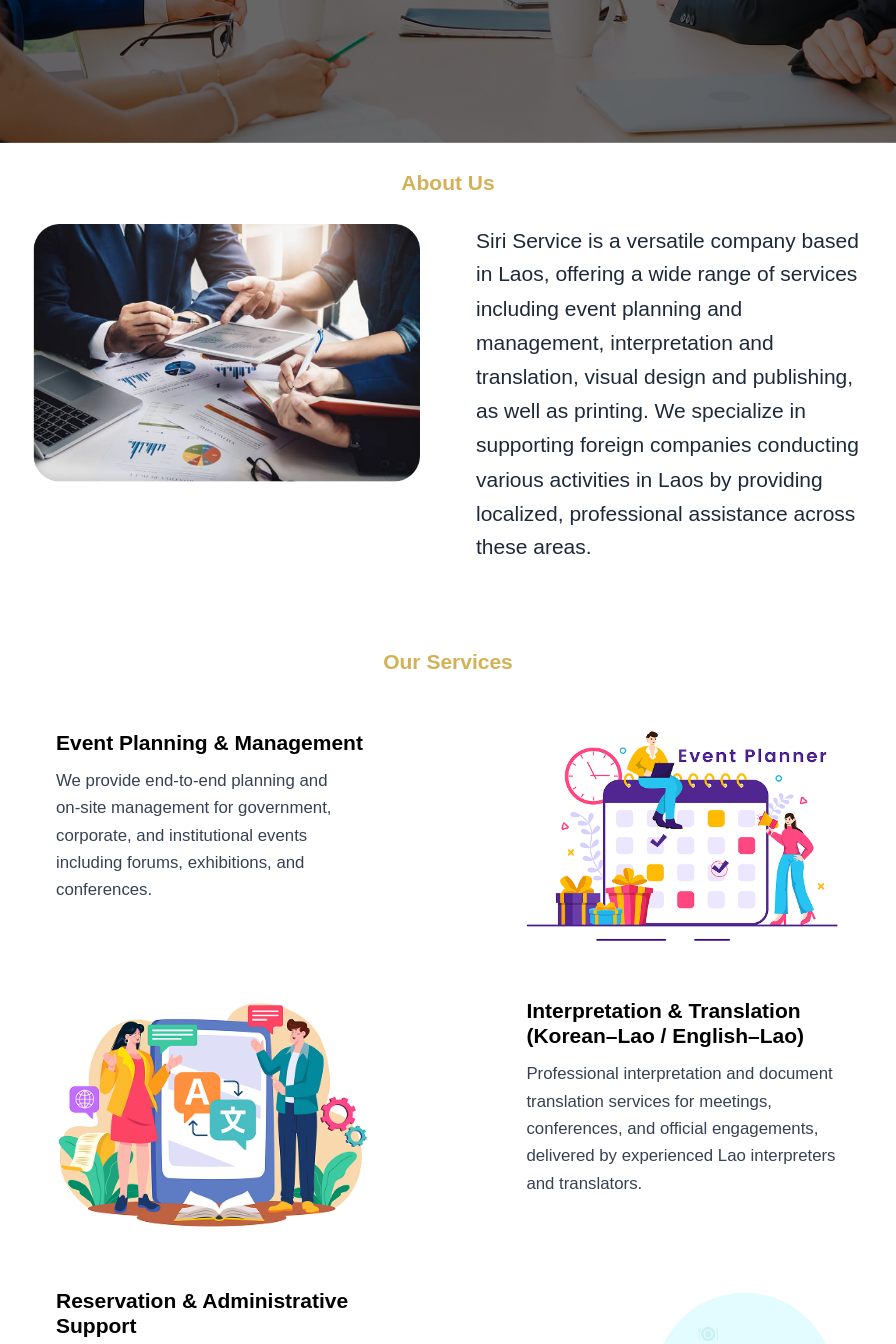
Repository: Phailin-teamplate/siri-service-web
Page: /
The author's editor kept a copy of each file at every save. The page is drawn from the files as they stood at one save, then again after the next save.
The browser window is 1280 px wide. The pictures show the part of the page from y = 570 to 2490 px (the page is 4283 px tall before and 4363 px after), at 70% of full size.
The project was rebuilt for these pictures with package versions that can differ from the ones it lists, and the page was loaded fresh each time. The framework's server and built-in components were replaced by stand-ins that run in the browser. Also part of the build but not shown: next.config.ts.

Above is the page before, as saved 2025-07-02 15:50:24.

After the next save:
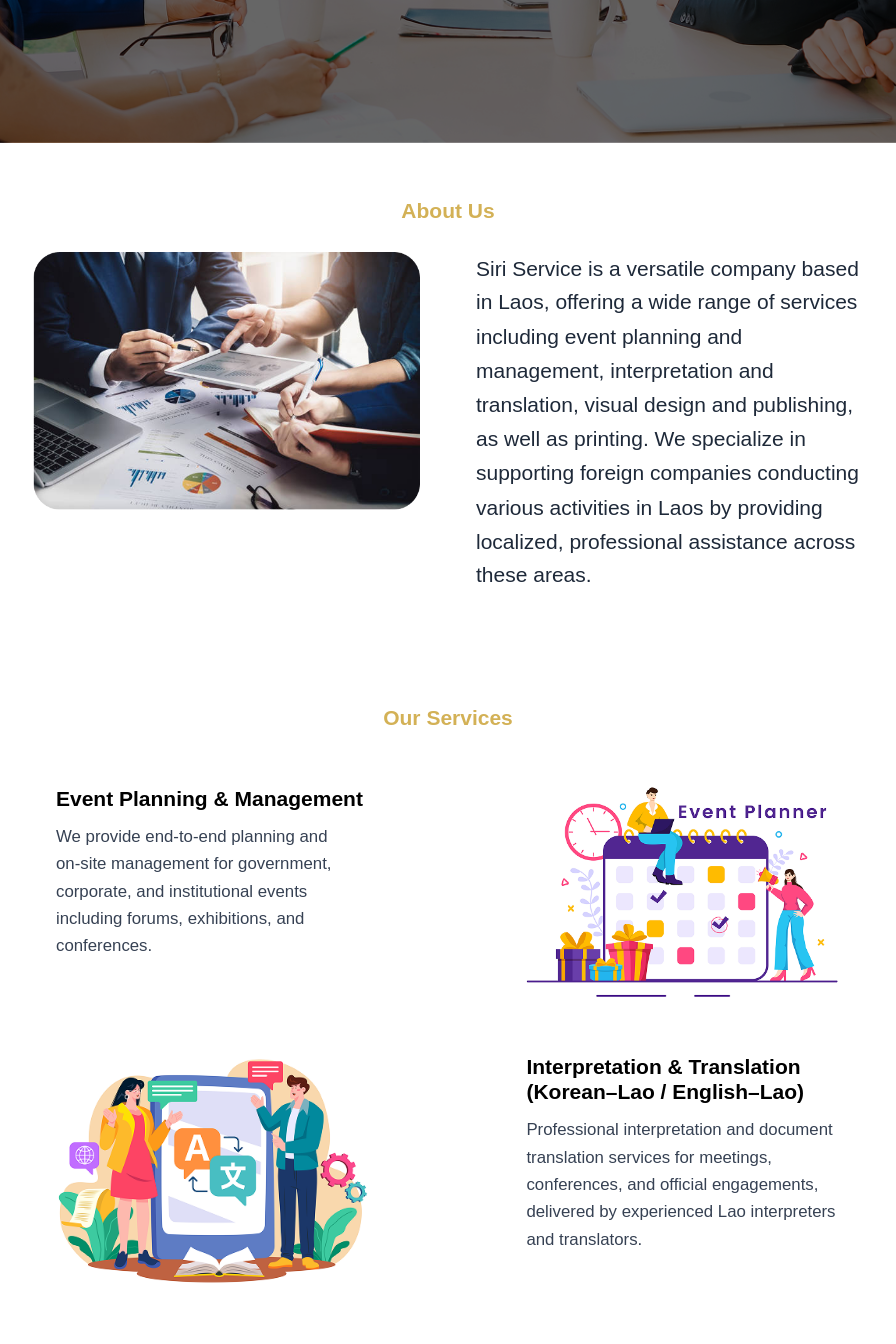
Saved 100 s later.
--- a/src/components/About.tsx
+++ b/src/components/About.tsx
@@ -11,7 +11,7 @@
 
 export default function About() {
   return (
-    <div className="w-full bg-white px-6 md:px-12 py-10" id="about">
+    <div className="w-full bg-white px-6 md:px-12 py-20" id="about">
       {/* Section Title */}
       <div className="text-center flex justify-center md:text-left mb-10">
         <h2 className="text-2xl md:text-3xl font-extrabold text-[#D3B156]">
